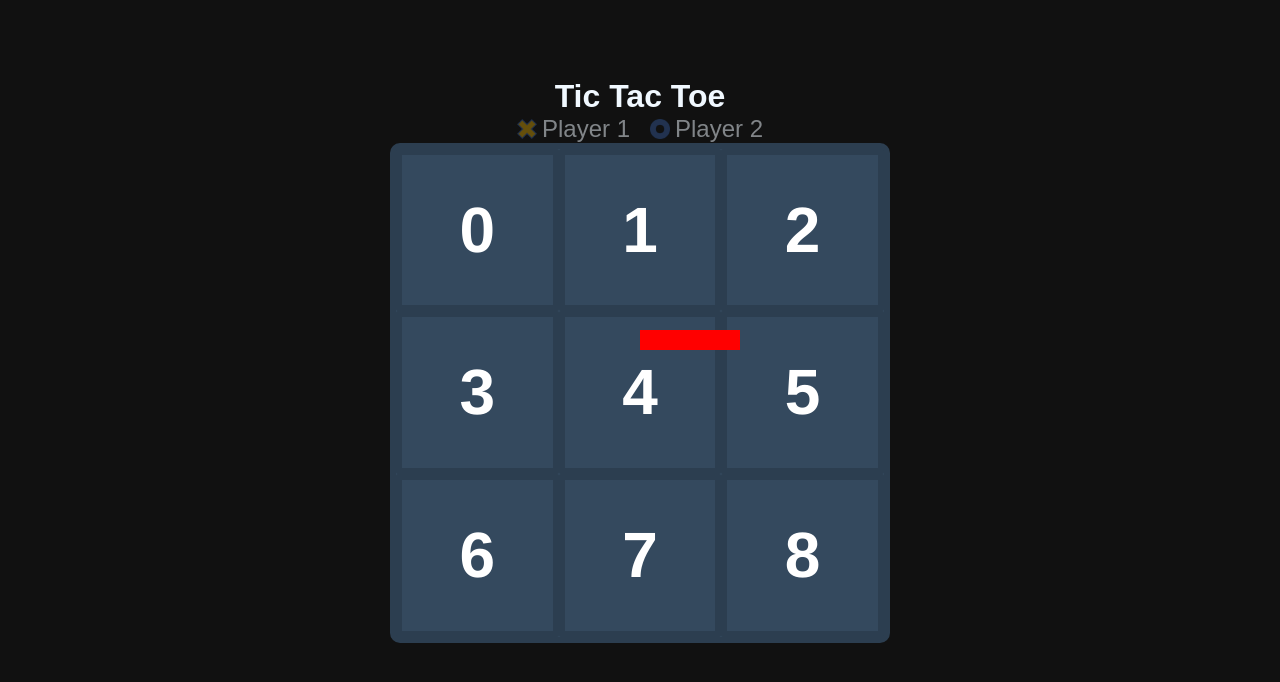
Repository: richardlieknis/tictactoe
Page: index.html
An editor plug-in stored every save of this project. The page is shown before and after the next save, followed by the edit.
The browser window is 1280 px wide. The pictures show the whole page.

Above is the page before, as saved 2022-12-08 14:27:45.

### index.html
<!DOCTYPE html>
<html lang="en">

<head>
    <meta charset="UTF-8" />
    <meta http-equiv="X-UA-Compatible" content="IE=edge" />
    <meta name="viewport" content="width=device-width, initial-scale=1.0" />
    <title>TicTacToe</title>
    <link rel="stylesheet" href="css/style.css" />
    <link rel="stylesheet" href="css/mobile.css" />

    <script src="main.js"></script>
</head>

<body>
    <div class="maincontainer">
        <h1>Tic Tac Toe</h1>
        <div class="players">
            <div id="player1" class="inactive">
                <img src="src/img/cross.png" /> Player 1
            </div>
            <div id="player2" class="inactive">
                <img src="src/img/circle.png" /> Player 2
            </div>
        </div>
        <div class="gameField">
            <div class="box" id="0" onclick="playerPlace(0)">0</div>
            <div class="box" id="1" onclick="playerPlace(1)">1</div>
            <div class="box" id="2" onclick="playerPlace(2)">2</div>
            <div class="box" id="3" onclick="playerPlace(3)">3</div>
            <div class="box" id="4" onclick="playerPlace(4)">4</div>
            <div class="box" id="5" onclick="playerPlace(5)">5</div>
            <div class="box" id="6" onclick="playerPlace(6)">6</div>
            <div class="box" id="7" onclick="playerPlace(7)">7</div>
            <div class="box" id="8" onclick="playerPlace(8)">8</div>
        </div>
        <div class="lines">
            <div class="line"></div>
            <div class="line"></div>
            <div class="line"></div>
            <div class="line"></div>
            <div class="line"></div>
            <div class="line"></div>
            <div class="line"></div>
            <div class="line"></div>
        </div>
    </div>
</body>

</html>

### css/style.css
* {
    margin: 0;
    padding: 0;
    box-sizing: border-box;
}

body {
    font-family: sans-serif;
    color: aliceblue;
    background-color: #111;
}

.players {
    display: flex;
    align-items: center;
    justify-content: center;
    gap: 20px;
}

#player1,
#player2 {
    display: flex;
    align-items: center;
    gap: 5px;
    font-size: 24px;
}

.inactive {
    opacity: 0.5;
}

.players img {
    width: 20px;
}

.maincontainer {
    display: flex;
    justify-content: center;
    align-items: center;
    flex-direction: column;
    height: 100vh;
}

.gameField {
    width: 500px;
    height: 500px;
    margin: 0 auto;
    background-color: #34495e;
    color: #fff;
    border: 6px solid #2c3e50;
    border-radius: 10px;
    display: grid;
    grid-template: repeat(3, 1fr) / repeat(3, 1fr);
}

.box {
    border: 6px solid #2c3e50;
    border-radius: 2px;
    font-family: Helvetica;
    font-weight: bold;
    font-size: 4em;
    display: flex;
    justify-content: center;
    align-items: center;
    cursor: pointer;
}

.box:hover {
    background-color: #416080;
}

.line {
    position: absolute;
    background-color: #f00;
    width: 100px;
    height: 20px;
    margin-bottom: 1px;
    top: 330px;
}

### main.js
const circle = document.getElementById('circle');
const cross = document.getElementById('cross');
const gameover = document.getElementById('gameover');

let fields = [0, 1, 2, 3, 4, 5, 6, 7, 8];
let currentPlayer = 'cross';
let win = false;

let winFields = [
    [0, 1, 2],
    [3, 4, 5],
    [6, 7, 8],
    [0, 3, 6],
    [1, 4, 7],
    [2, 5, 8],
    [0, 4, 8],
    [2, 4, 6]
]

function playerPlace(id) {
    let fieldHtml = document.getElementById(id);
    if (fields[id] < 9 && !win) {
        if (currentPlayer === 'circle') {
            fields[id] = 'circle';
            fieldHtml.innerHTML = `<img src="src/img/circle.png">`;
            checkWin();
            currentPlayer = 'cross';
            document.getElementById('player1').classList.remove('inactive');
            document.getElementById('player2').classList.add('inactive');
        } else if (currentPlayer === 'cross') {
            fields[id] = 'cross';
            fieldHtml.innerHTML = `<img src="src/img/cross.png">`;
            checkWin();
            currentPlayer = 'circle';
            document.getElementById('player2').classList.remove('inactive');
            document.getElementById('player1').classList.add('inactive');
        }
    }
}

function checkWin() {
    for (let i = 0; i < winFields.length; i++) {
        if (fields[winFields[i][0]] === fields[winFields[i][1]] &&
            fields[winFields[i][1]] === fields[winFields[i][2]]) {
            console.log("GEWONNEN:", currentPlayer);
            win = true;
        }
    }

}

function resetGame() {
    win = false;
    for (let i = 0; i < 9; i++) {
        let fieldHtml = document.getElementById(i);
        fields = [0, 1, 2, 3, 4, 5, 6, 7, 8];
        fieldHtml.innerHTML = "";
    }
}

Loaded but not shown: css/mobile.css (no stored copy; drawn as an empty file)

After the next save:
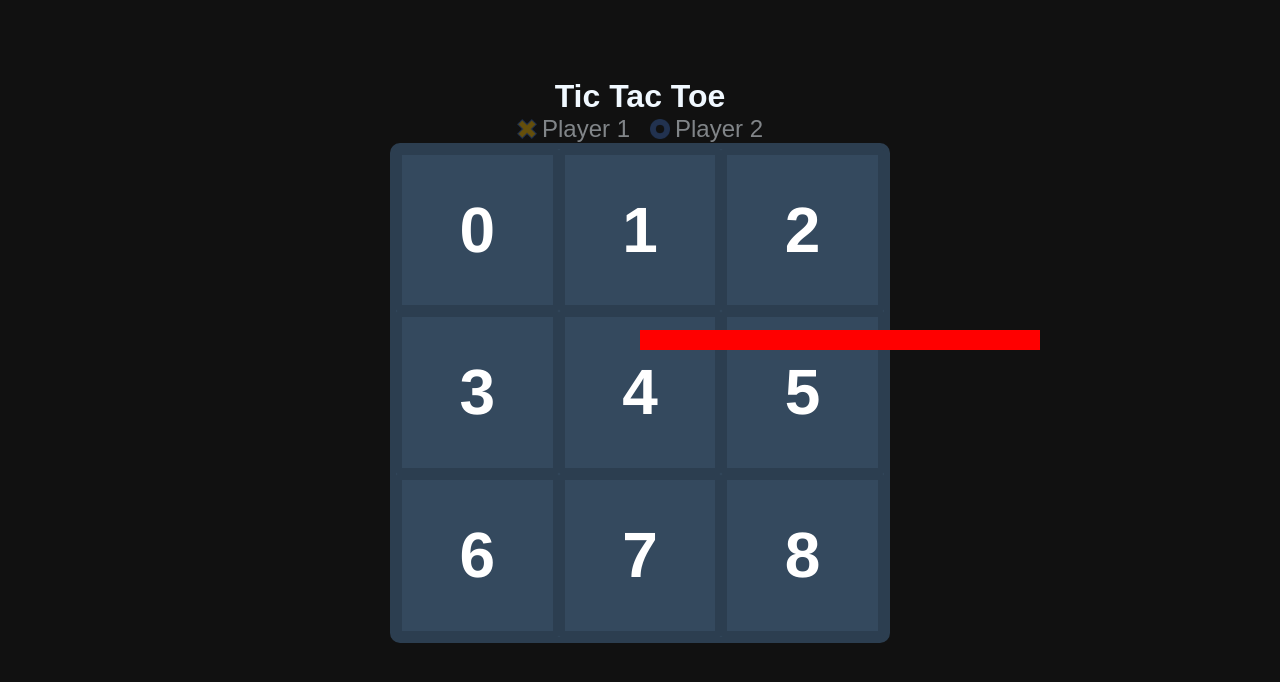
Saved 9 s later.
--- a/css/style.css
+++ b/css/style.css
@@ -72,7 +72,7 @@
 .line {
     position: absolute;
     background-color: #f00;
-    width: 100px;
+    width: 400px;
     height: 20px;
     margin-bottom: 1px;
     top: 330px;
